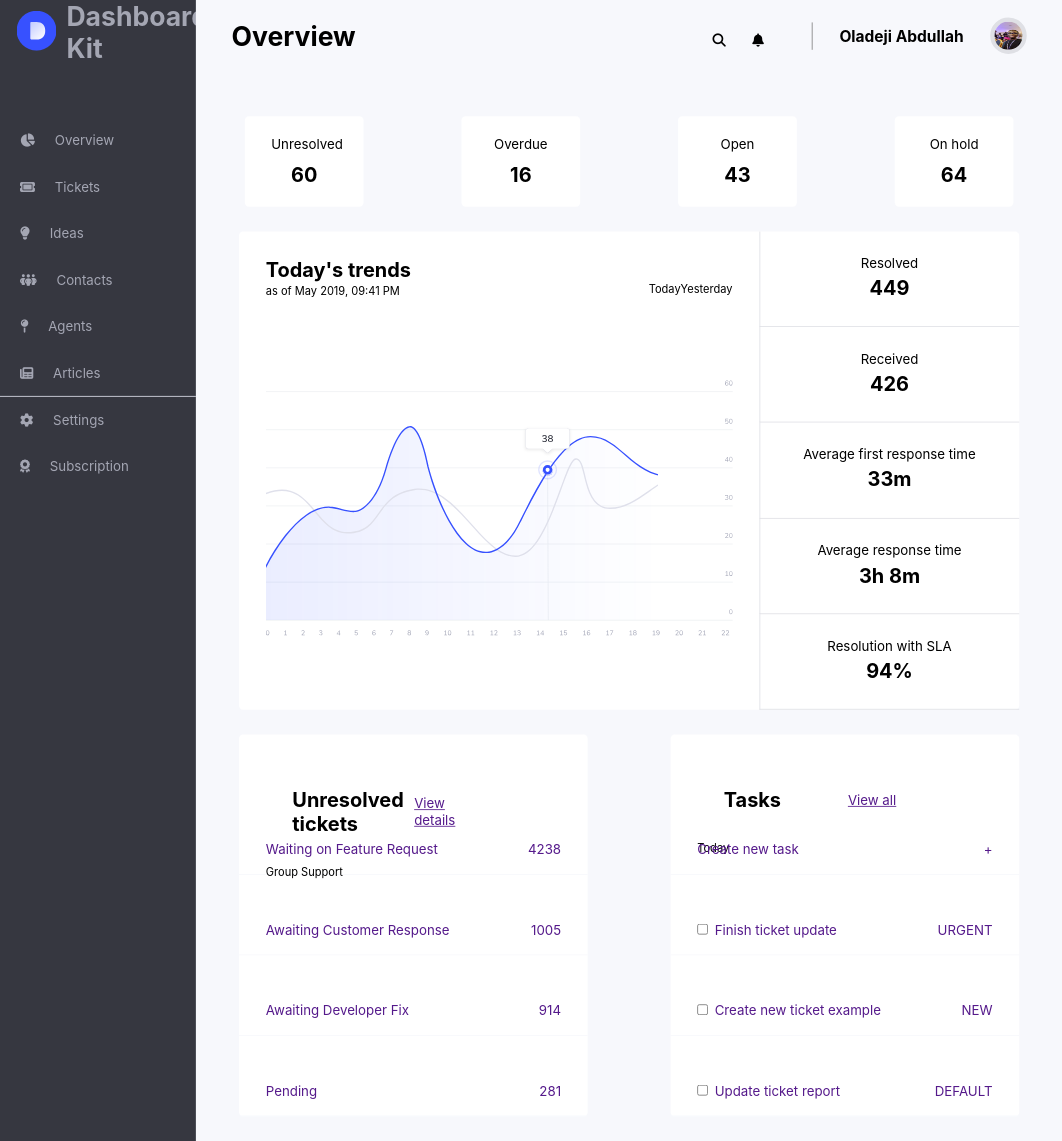
Repository: BuduCE/dashboard
Page: /
The author's editor kept a copy of each file at every save. The page is drawn from the files as they stood at one save, then again after a run of saves.
The browser window is 1280 px wide. The pictures show the whole page, at 83% of full size.
Some web libraries are served in a nearby version. The project was rebuilt for these pictures with package versions that can differ from the ones it lists, and the page was loaded fresh each time. Also part of the build but not shown: src/pages/Tickets/index.jsx.

Above is the page before, as saved 2022-08-06 00:05:29.

After the next 3 saves:
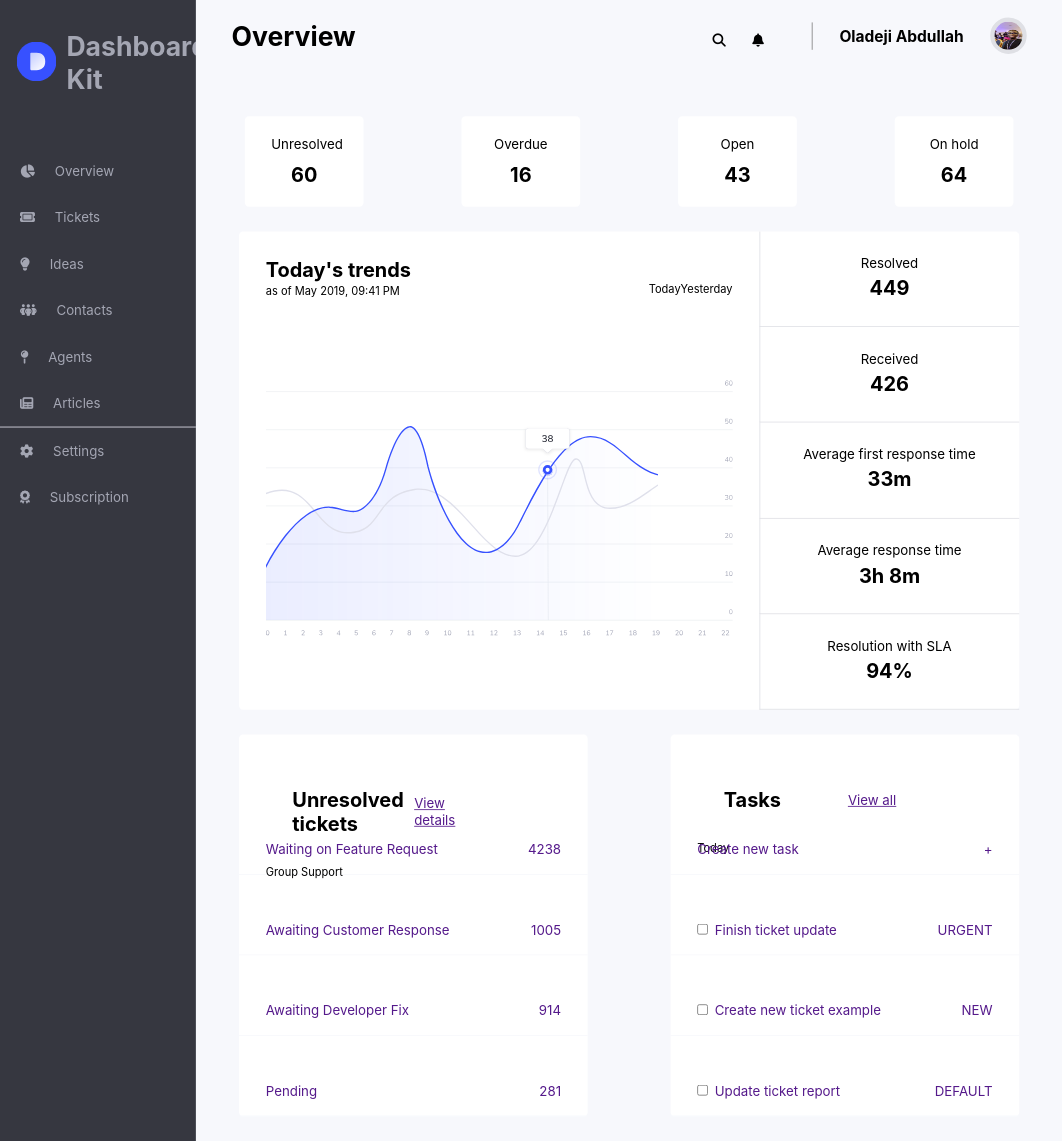
The 3 saves are shown as one change because they came seconds apart.
The last was saved 20 s later.
--- a/src/components/common/SideNav/styles.css
+++ b/src/components/common/SideNav/styles.css
@@ -3,7 +3,7 @@
     grid-template-columns: 1fr 5fr;
 }
 .navbar{
-    /* padding: 37px 28px; */
+    padding: 37px 0;
     color: #A4A6B3;
 }
 .logo{
